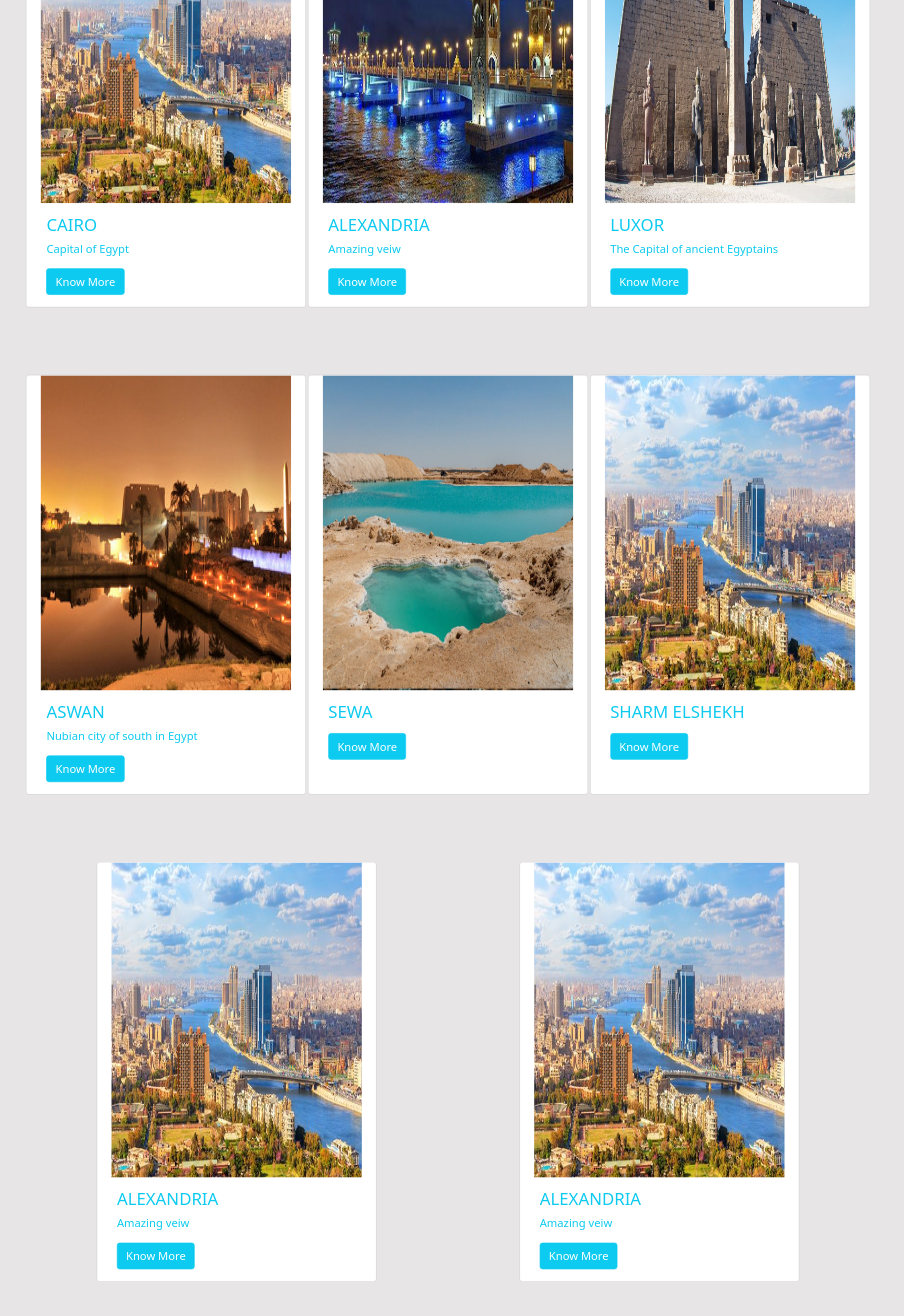
Repository: Ahmed123rezk123/P-temp
Page: index.html
These files come from the project's save history. The page is drawn as it stood at one moment and after the next save; the edit follows.
The browser window is 1280 px wide. The page is 1292 px wide, so the pictures cover 1292 px, including what lies to the right of the window. The pictures show the part of the page from y = 3805 to 5685 px (the page is 5685 px tall), at 70% of full size.
Backgrounds fixed to the window are drawn as part of the page.

Above is the page before, as saved 2024-02-18 11:43:18.

After the next save:
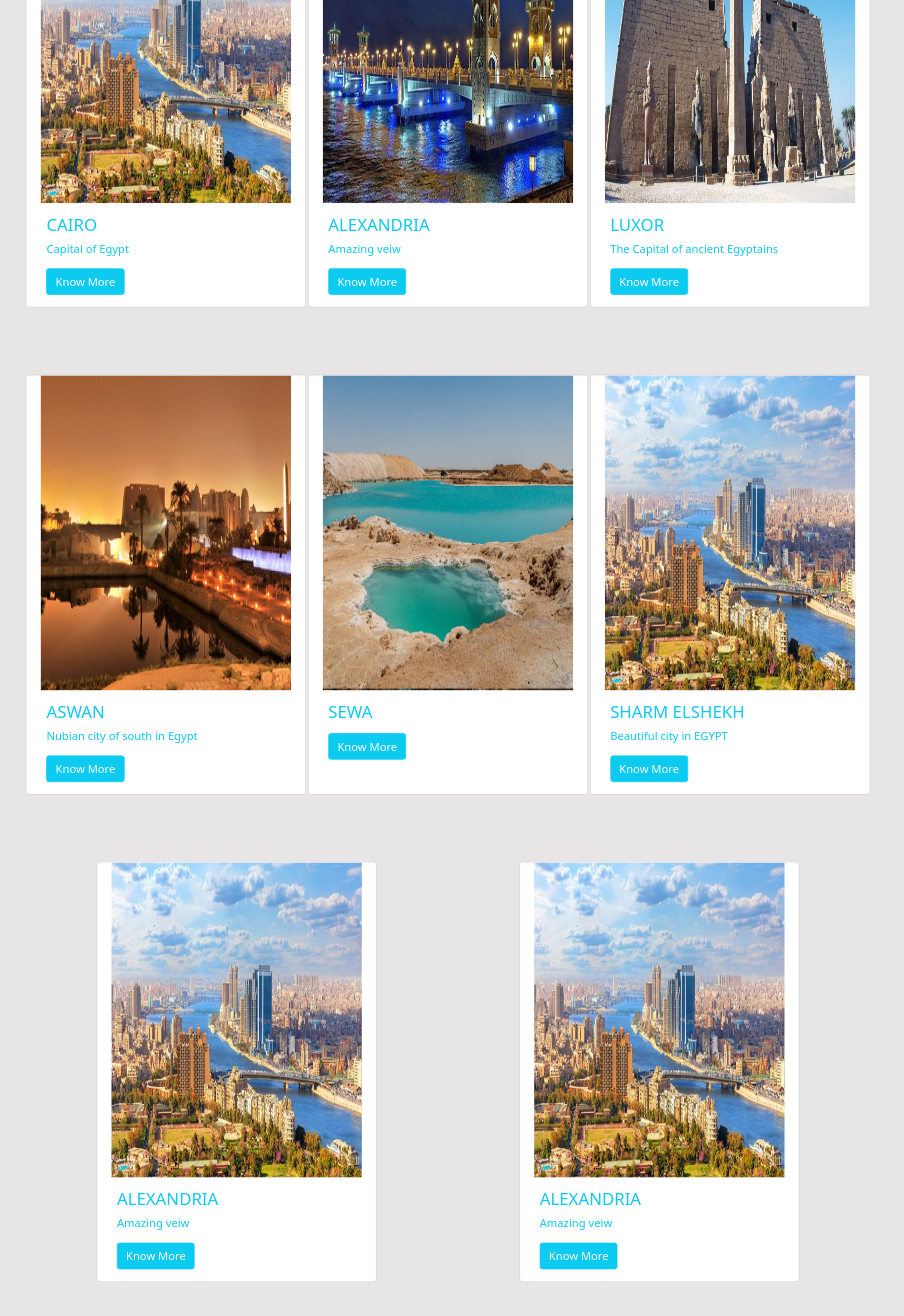
Saved 15 s later.
--- a/index.html
+++ b/index.html
@@ -418,7 +418,7 @@
         <img class="card-img-top rounded-top img-fluid ps-2 pe-2 " style="height: 450px;" src="images/cairo-city-egypt-2020(visit).jpg" alt="Card image">
         <div class="card-body">
           <h4 class="card-title text-info">SHARM ELSHEKH</h4>
-          <p class="card-text text-info"></p>
+          <p class="card-text text-info">Beautiful city in EGYPT</p>
           <a href="#" class=" btn btn-info text-white">Know More</a>
         </div>
       </div>
